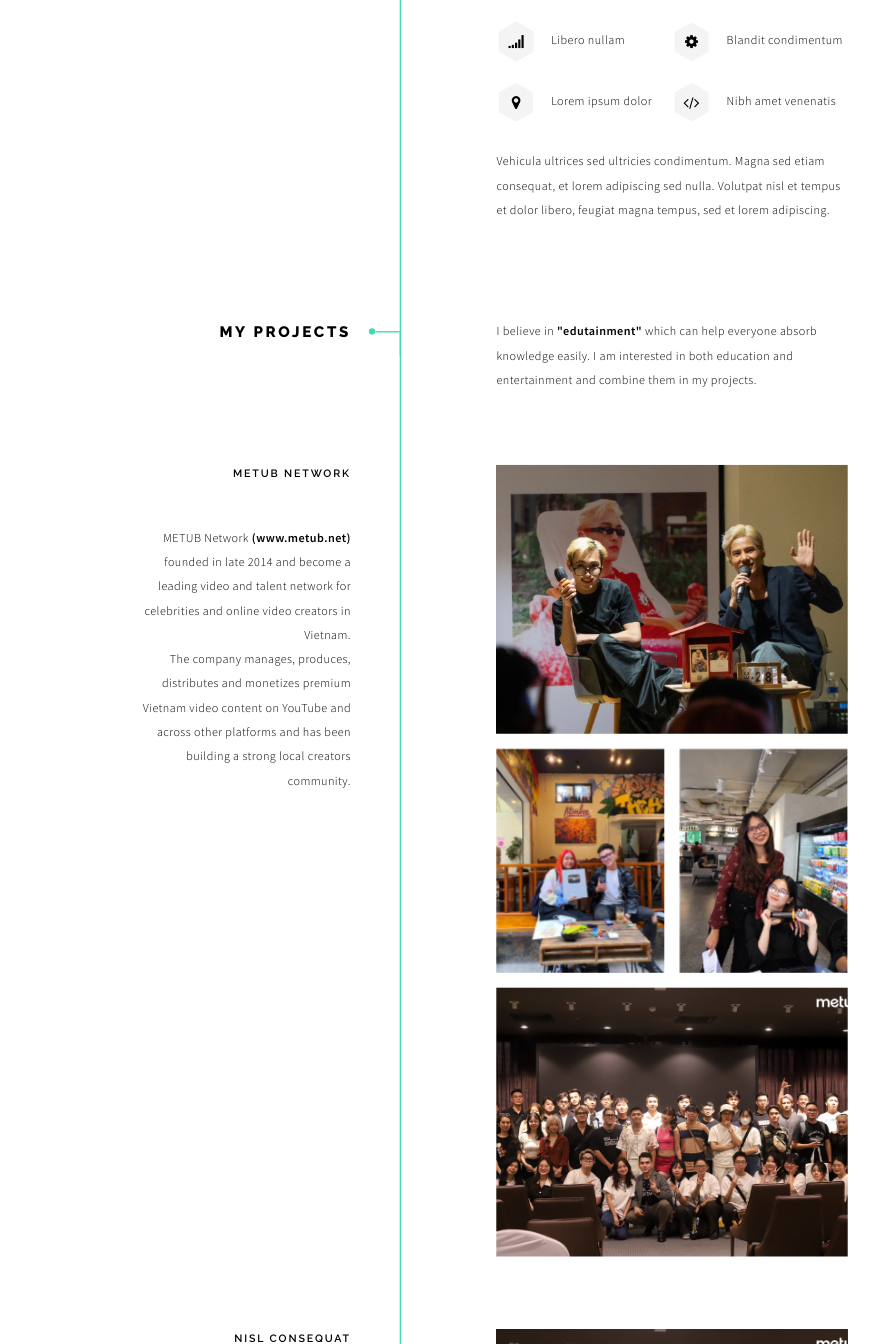
Repository: leonardin999/linh-porfolios
Page: index.html
An editor plug-in stored every save of this project. The page is shown before and after the next save, followed by the edit.
The browser window is 1280 px wide. The pictures show the part of the page from y = 3080 to 5000 px (the page is 7878 px tall), at 70% of full size.

Above is the page before, as saved 2023-01-24 20:44:22.

After the next save:
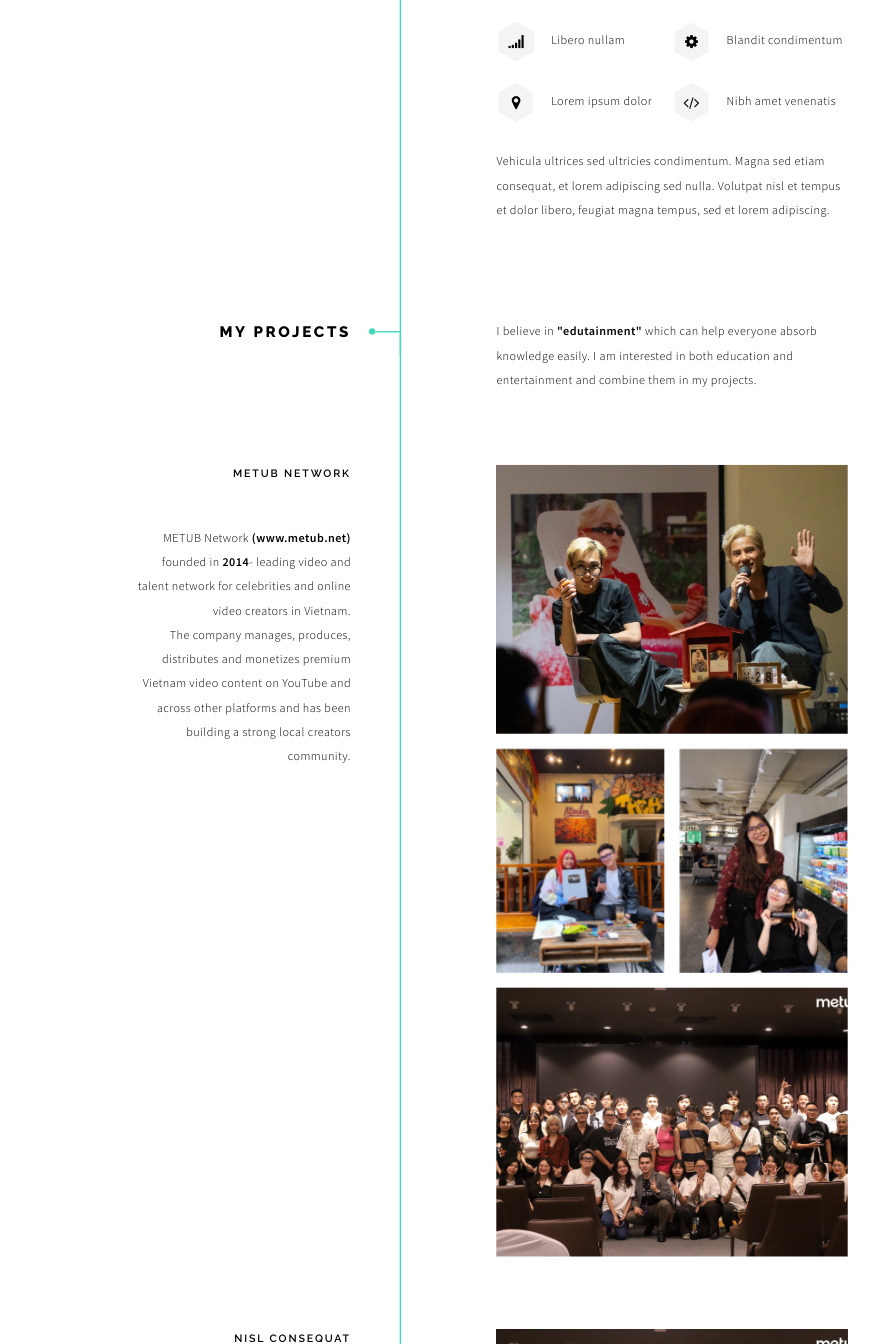
Saved 3 min 12 s later.
--- a/index.html
+++ b/index.html
@@ -131,7 +131,7 @@
             <header>
               <h3>metub  network</h3>
               <p>
-                <br>METUB Network <strong>(www.metub.net)</strong> founded in late 2014 and become a leading video and talent network for celebrities and online video creators in Vietnam.
+                <br>METUB Network <strong>(www.metub.net)</strong> founded in <strong>2014</strong>- leading video and talent network for celebrities and online video creators in Vietnam.
                 <br>The company manages, produces, distributes and monetizes premium Vietnam video content on YouTube and across other platforms and has been building a strong local creators community.</p>
             </header>
             <div class="content">
